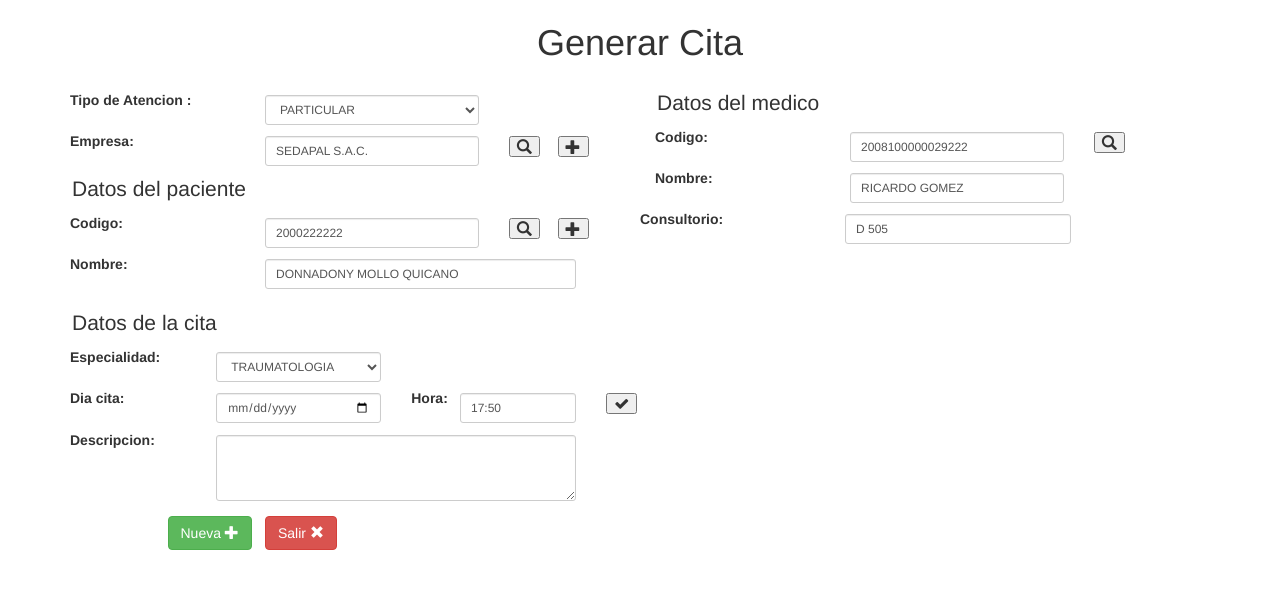
Repository: Donyx10/ADSII-ProyectoClinica
Page: http://localhost/AvanceWeb/GeneraCitaMedica.jsp
These files come from the project's save history. The page is drawn as it stood at one moment and after the next save; the edit follows.
The browser window is 1280 px wide. The pictures show the whole page.
Some web fonts or font styles are not loaded; a fallback is used. The page is served by Tomcat 9. Other server files are loaded and not shown.

Above is the page before, as saved 2018-06-04 05:25:05.

### WebDemo/AvanceWeb/WebContent/GeneraCitaMedica.jsp
<!DOCTYPE html>
<html lang="esS">
<head>
<meta charset="UTF-8">
<meta name="viewport"
	content="width=device-width, initial-scale=1, maximum-scale=1, user-scalable=no">
<script type="text/javascript" src="js/jquery.min.js"></script>
<script type="text/javascript" src="js/jquery.dataTables.min.js"></script>
<script type="text/javascript" src="js/dataTables.bootstrap.min.js"></script>
<script type="text/javascript" src="js/bootstrap.min.js"></script>
<script type="text/javascript" src="js/bootstrapValidator.js"></script>
<link rel="stylesheet" href="css/bootstrap.css" />
<link rel="stylesheet" href="css/dataTables.bootstrap.min.css" />
<link rel="stylesheet" href="css/style.css" />
<link rel="stylesheet" href="css/bootstrapValidator.css" />
<link rel="stylesheet"
	href="https://cdnjs.cloudflare.com/ajax/libs/font-awesome/4.7.0/css/font-awesome.min.css">
<title>Generar Cita</title>

</head>
<body>

	<div class="container" style="padding-top: 3px; line-height: 0.8;">
		<h1 align="center">Generar Cita</h1>
		<br>
		<br>
		<form action="generarCita" id="id_form">
			<div class="form-group row">
				<div class="col-md-6" >

					<div class="form-group row" align="left" id="atencion">
						<div class="col-md-12" >
							<div class="row">
								<div class="col-md-4">
									<label for="atencion">Tipo de Atencion : </label>
								</div>
								<div class="col-md-5">
									<select class="form-control input-sm" style="">
										<option>PARTICULAR
										<option>EPS
										<option>SEGURO
									</select>
								</div>
							</div>
							<br>
							<div class="row">
									<div class="col-md-4">
										<label class="" for="id_codigo">Empresa:</label>
									</div>
									<div class="col-md-5">
										<input class="form-control input-sm" type="text"
											value="SEDAPAL S.A.C." id="" name=""
											placeholder="Ingrese el codigo">
									</div>
									<div class="col-md-1" align="right">
										<button style="font-size: 15px">
											<i class="glyphicon glyphicon-search"></i>
										</button>
									</div>
									<div class="col-sm-1">
										<button style="font-size: 15px">
											<i class="glyphicon glyphicon-plus"></i>
										</button>
									</div>
								</div>

						</div>
					</div>

					<div class="form-group row" align="left" id="paciente">
						<div class="col-md-12" >
							<fieldset>
								<legend>Datos del paciente</legend>
								<div class="row">
									<div class="col-md-4">
										<label class="" for="id_codigo">Codigo:</label>
									</div>
									<div class="col-md-5">
										<input class="form-control input-sm" type="text"
											value="2000222222" id="" name=""
											placeholder="Ingrese el codigo">
									</div>
									<div class="col-md-1" align="right">
										<button style="font-size: 15px">
											<i class="glyphicon glyphicon-search"></i>
										</button>
									</div>
									<div class="col-sm-1">
										<button style="font-size: 15px">
											<i class="glyphicon glyphicon-plus"></i>
										</button>
									</div>
								</div>
								<br>
								<div class="row">
									<div class="col-md-4">
										<label class="" for="">Nombre:</label>
									</div>
									<div class="col-md-7">
										<input class="form-control input-sm" type="text"
											value="DONNADONY MOLLO QUICANO" id="" name=""
											placeholder="Ingrese el nombre" size="30">
									</div>
								</div>

							</fieldset>
						</div>

					</div>

					<br>
					<div class="form-group row" id="cita" >
						<div class="col-md-12">
							<fieldset>
								<legend>Datos de la cita </legend>
								<div class="row">
									<div class="col-md-3">
										<label class="" for="">Especialidad:</label>
									</div>
									<div class="col-md-4">
										<select class="form-control input-sm">
											<option>TRAUMATOLOGIA
											<option>CIRUJIA
											<option>GINECOLOGIA
										</select>
									</div>
								</div>
								<br>
								<!--
						<div class="row">
							<div class="col-md-3">
								<label class="" for="">Numero:</label>
							</div>
							<div class="col-md-3">
								<input class="form-control" type="text" id="" name="" value="001-000029"
									size="10" placeholder="Numero">
							</div>
						</div>
						<br>-->
								<div class="row">
									<div class="col-md-3">
										<label class="" for="id_codigo">Dia cita:</label>
									</div>
									<div class="col-md-4">
										<input class="form-control input-sm" type="date" id=""
											value="5/18/2018" name="" placeholder="Dia" size="10">

									</div>

									<div class="col-md-1">
										<label class="" for="id_codigo">Hora:</label>
									</div>
									<div class="col-md-3">
										<input class="form-control input-sm" type="text" id="" name=""
											value="17:50" placeholder="Hora" size="10">

									</div>
									<div class="col-md-1">
										<button style="font-size: 15px">
											<i class="fa fa-check"></i>
										</button>

									</div>
								</div>
								<br>
								<div class="row">
									<div class="col-md-3">
										<label class="" for="">Descripcion:</label>
									</div>
									<div class="col-lg-8">
										<textarea class="form-control input-sm" rows="3" id="comment"></textarea>
									</div>
								</div>
							</fieldset>
						</div>
					</div>
					<div class="form-group row" id="botones">
						<div class="col-md-2" align="center"></div>
						<div class="col-md-2" align="center">
							<button type="submit" class="btn btn-success">
								Nueva <span class="glyphicon glyphicon-plus"></span>
							</button>
						</div>
						<div class="col-md-2" align="center">
							<button type="submit" class="btn btn-danger">
								Salir <span class="glyphicon glyphicon-remove"></span>
							</button>
						</div>
					</div>
				</div>
				<div class="col-md-6" >
					<div class="form-group row" id="medico"
						">
						<div class="col-md-12" >
							<fieldset>
								<legend>Datos del medico</legend>

								<div class="row">
									<div class="col-md-4">
										<label class="" for="id_codigo">Codigo:</label>
									</div>
									<div class="col-md-5">
										<input class="form-control input-sm" type="text"
											id="id_codigo" value="2008100000029222"
											name="computadora.nombre" placeholder="Ingrese el codigo">

									</div>
									<div class="col-md-1">
										<button style="font-size: 15px">
											<i class="glyphicon glyphicon-search"></i>
										</button>
									</div>
								</div>
								<br>
								<div class="row">
									<div class="col-md-4">
										<label class="" for="">Nombre:</label>
									</div>
									<div class="col-md-5">
										<input class="form-control input-sm" type="text" id=""
											value="RICARDO GOMEZ" name="" placeholder="Ingrese el nombre">
									</div>
								</div>
								<br><!--
								<div class="row">
									<div class="col-md-4">
										<label class="" for="">Especialidad:</label>
									</div>
									<div class="col-md-5">
										<input class="form-control input-sm" type="text" id="" name=""
											value="ENDOCRINOLOGO" placeholder="Ingrese la especialidad">
									</div>-->
								</div>
								<br>
								<div class="row">
									<div class="col-md-4">
										<label class="" for="">Consultorio:</label>
									</div>
									<div class="col-md-5">
										<input class="form-control input-sm" type="text" id="" name=""
											value="D 505" placeholder="Ingrese el consultorio">
									</div>
								</div>
							</fieldset>
						</div>
					</div>
				</div>
			</div>
		</form>
	</div>
</body>
</html>

### WebDemo/AvanceWeb/WebContent/css/style.css


.table-fixed {
	width: 100%;
	background-color: #f3f3f3;
}

.table-fixed tbody {
	height: 120px;
	overflow-y: auto;
	width: 100%;
}

.table-fixed thead, .table-fixed tbody, .table-fixed tr, .table-fixed td,
	.table-fixed th {
	display: block;
}

.table-fixed tbody td {
	float: left;
}

.table-fixed thead tr th {
	float: left;
	background-color: #f39c12;
	border-color: #e67e22;
}

legend {
    display: block;
    padding-left: 2px;
    padding-right: 2px;
    border: none;
}

Loaded but not shown: WebDemo/AvanceWeb/WebContent/js/jquery.min.js (library); WebDemo/AvanceWeb/WebContent/js/jquery.dataTables.min.js (library); WebDemo/AvanceWeb/WebContent/js/dataTables.bootstrap.min.js (common file); WebDemo/AvanceWeb/WebContent/js/bootstrap.min.js (library); WebDemo/AvanceWeb/WebContent/js/bootstrapValidator.js (library); WebDemo/AvanceWeb/WebContent/css/bootstrap.css (library); WebDemo/AvanceWeb/WebContent/css/dataTables.bootstrap.min.css (library); WebDemo/AvanceWeb/WebContent/css/bootstrapValidator.css (common file)

After the next save:
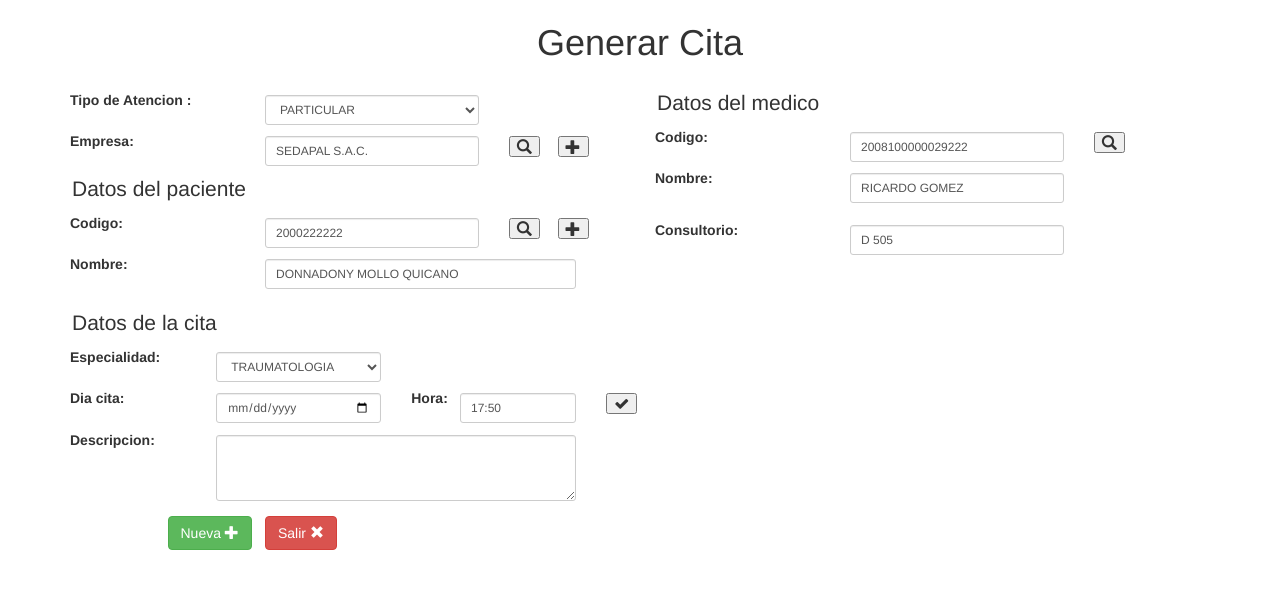
Saved 5 s later.
--- a/WebDemo/AvanceWeb/WebContent/GeneraCitaMedica.jsp
+++ b/WebDemo/AvanceWeb/WebContent/GeneraCitaMedica.jsp
@@ -229,8 +229,8 @@
 									<div class="col-md-5">
 										<input class="form-control input-sm" type="text" id="" name=""
 											value="ENDOCRINOLOGO" placeholder="Ingrese la especialidad">
-									</div>-->
-								</div>
+
+								</div></div>-->
 								<br>
 								<div class="row">
 									<div class="col-md-4">
